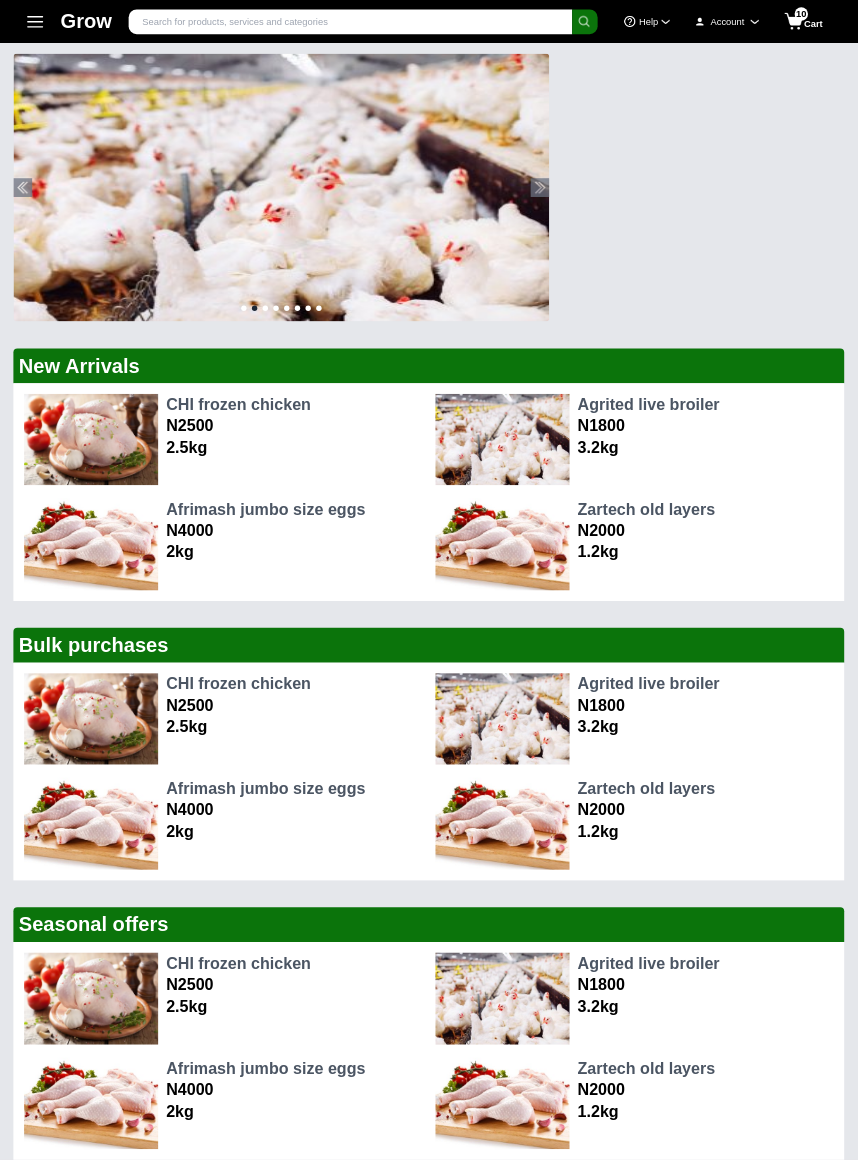
Repository: IssaMuiz/ifarmstock
Page: /
An editor plug-in stored every save of this project. The page is shown before and after the next save, followed by the edit.
The browser window is 1280 px wide. The pictures show the whole page, at 67% of full size.
The project was rebuilt for these pictures with package versions that can differ from the ones it lists, and the page was loaded fresh each time. The framework's server and built-in components were replaced by stand-ins that run in the browser. Also part of the build but not shown: next.config.mjs.

Above is the page before, as saved 2024-08-31 05:27:11.

### app/layout.tsx
import "@/styles/globals.css";

export const metadata = {
  title: "Grow",
  description: "Livestock farming e-commerce application",
};

export default function RootLayout({
  children,
}: {
  children: React.ReactNode;
}) {
  return (
    <html lang="en">
      <body className="bg-gray-200 h-screen w-screen">
        <section>{children}</section>
      </body>
    </html>
  );
}

### app/page.tsx
"use client";

import ProductSlider from "@/components/productSlider";
import ClientLayout from "@/components/clientLayout";
import NewArrivalsCards from "@/components/newArrivalsCards";
import BulkPurchasesCards from "@/components/bulkPurchasesCards";
import SeasonalCards from "@/components/seasonalCards";

const Home = () => {
  return (
    <ClientLayout>
      <div className="pt-20 mx-5">
        <div>
          <ProductSlider />

          <div className="bgColor text w-full h-auto mt-10 text-3xl p-2 rounded-t-md font-semibold">
            New Arrivals
          </div>
          <NewArrivalsCards />
          <div className="bgColor text w-full h-auto mt-10 text-3xl p-2 rounded-t-md font-semibold">
            Bulk purchases
          </div>
          <BulkPurchasesCards />
          <div className="bgColor text w-full h-auto mt-10 text-3xl p-2 rounded-t-md font-semibold">
            Seasonal offers
          </div>
          <SeasonalCards />
        </div>
      </div>
    </ClientLayout>
  );
};

export default Home;

### styles/globals.css
@tailwind base;
@tailwind components;
@tailwind utilities;

.scrollbar {
  scrollbar-width: thin;
  scrollbar-color: gray #313131;
}

.bgColor {
  background-color: rgb(11, 116, 11);
}

.text {
  color: white;
}

body {
  font-family: Arial, Helvetica, sans-serif;
  font-size: 14px;
}

### components/productSlider.tsx
"use client";
import Image from "next/image";
import { useEffect, useState } from "react";

const ProductSlider = () => {
  const images = [
    "/assets/images/poultry-image1-slider.jpg",
    "/assets/images/poultry-image2-slider.jpg",
    "/assets/images/poultry-image3-slider.jpg",
    "/assets/images/poultry-image4-slider.jpg",
    "/assets/images/poultry-image5-slider.jpg",
    "/assets/images/poultry-image6-slider.jpg",
    "/assets/images/poultry-image7-slider.jpg",
    "/assets/images/catfish-image1-slider.jpg",
  ];

  const [index, setIndex] = useState(0);

  const handleSliceNext = () => {
    setIndex((index + 1) % images.length);
  };
  const handleSlicePrev = () => {
    setIndex((index - 1) % images.length);
  };

  const handleIndicatorClick = (i: number) => {
    setIndex(i);
  };

  useEffect(() => {
    const intervalId = setInterval(() => {
      handleSliceNext();
    }, 5000);
    return () => clearInterval(intervalId);
  }, [index]);
  return (
    <div className="relative w-[800px] overflow-hidden">
      <div
        className="flex transition-transform duration-500 ease-in-out"
        style={{ transform: `translateX(-${index * 100}%)` }}
      >
        {images.map((image, i) => (
          <div key={i} className="min-w-full">
            <Image
              className="h-[400px] rounded-md"
              src={image}
              alt={`Slide ${i + 1}`}
              width={800}
              height={200}
            />
          </div>
        ))}
      </div>
      <button
        type="button"
        onClick={handleSlicePrev}
        className="absolute left-0 top-1/2 tranform -translate-y-1/2 bg-gray-500 text-white px-1 py-1 opacity-75 hover:opacity-100 transition-opacity"
      >
        <Image
          className=""
          src="/assets/icons/arrow-left.png"
          alt="arrow-right-icon"
          width={20}
          height={20}
        />
      </button>
      <button
        type="button"
        onClick={handleSliceNext}
        className="absolute right-0 top-1/2 tranform -translate-y-1/2 bg-gray-500 text-white px-1 py-1 opacity-75 hover:opacity-100 transition-opacity"
      >
        <Image
          className=""
          src="/assets/icons/right-arrow.png"
          alt="arrow-right-icon"
          width={20}
          height={20}
        />
      </button>
      <div className="absolute bottom-4 left-0 right-0 flex justify-center space-x-2">
        {images.map((_, i) => (
          <button
            key={i}
            onClick={() => handleIndicatorClick(i)}
            className={`w-2 h-2 rounded-full ${
              index === i ? "bg-gray-800" : "bg-white"
            }`}
          />
        ))}
      </div>
    </div>
  );
};

export default ProductSlider;

### components/clientLayout.tsx
"use client";
import Navbar from "@/components/navbar";
import Sidenav from "@/components/sidenav";
import { useState, createContext } from "react";

export const SidebarContext = createContext({
  isOpen: false,
  toggleSidebar: () => {},
});

const ClientLayout = ({ children }: { children: React.ReactNode }) => {
  const [isOpen, setIsOpen] = useState(false);

  const toggleSidebar = () => {
    setIsOpen((prev) => !prev);
  };
  return (
    <SidebarContext.Provider value={{ isOpen, toggleSidebar }}>
      <Navbar />
      <Sidenav />
      <div
        className={`fixed inset-0 bg-black transition-opacity duration-300 ease-in-out z-10 ${
          isOpen
            ? "opacity-70 pointer-events-auto"
            : "opacity-0 pointer-events-none"
        }`}
        onClick={toggleSidebar}
      ></div>
      <section
        className={`relative z-0 transition-all duration-300 ease-in-out `}
      >
        {children}
      </section>
    </SidebarContext.Provider>
  );
};

export default ClientLayout;

### components/newArrivalsCards.tsx
import Image from "next/image";
import poultryProduct from "../models/newArrivalsCards.json";
const NewArrivalsCards = () => {
  return (
    <div className="bg-white h-auto p-4">
      <div className="grid grid-cols-2 gap-5">
        {poultryProduct.map((product, index) => (
          <div key={index} className="flex gap-3">
            <Image src={product.image} alt="poultry" width={200} height={200} />
            <div className="text-2xl font-semibold">
              <p className="text-gray-600">{product.name}</p>
              <p>N{product.Price}</p>
              <p>{product.weight}</p>
            </div>
          </div>
        ))}
      </div>
    </div>
  );
};

export default NewArrivalsCards;

### components/bulkPurchasesCards.tsx
import Image from "next/image";
import bulkPurchasesCards from "@/models/bulkPurchasesCards.json";
const BulkPurchasesCard = () => {
  return (
    <div className="bg-white h-auto p-4">
      <div className="grid grid-cols-2 gap-5">
        {bulkPurchasesCards.map((product, index) => (
          <div key={index} className="flex gap-3">
            <Image src={product.image} alt="poultry" width={200} height={200} />
            <div className="text-2xl font-semibold">
              <p className="text-gray-600">{product.name}</p>
              <p>N{product.Price}</p>
              <p>{product.weight}</p>
            </div>
          </div>
        ))}
      </div>
    </div>
  );
};

export default BulkPurchasesCard;

### components/seasonalCards.tsx
import Image from "next/image";
import seasonalCards from "@/models/seasonalCards.json";
const SeasonalCards = () => {
  return (
    <div className="bg-white h-auto p-4">
      <div className="grid grid-cols-2 gap-5">
        {seasonalCards.map((product, index) => (
          <div key={index} className="flex gap-3">
            <Image src={product.image} alt="poultry" width={200} height={200} />
            <div className="text-2xl font-semibold">
              <p className="text-gray-600">{product.name}</p>
              <p>N{product.Price}</p>
              <p>{product.weight}</p>
            </div>
          </div>
        ))}
      </div>
    </div>
  );
};

export default SeasonalCards;

### components/navbar.tsx
"use client";
import Image from "next/image";
import { useContext } from "react";
import { SidebarContext } from "./clientLayout";
const Navbar = () => {
  const { toggleSidebar } = useContext(SidebarContext);
  return (
    <nav className="fixed bg-black text w-full h-16 flex items-center justify-between top-0 left-0 right-0 px-10 z-10">
      <button onClick={toggleSidebar}>
        <svg
          className="fill-white hover:fill-[green] cursor-pointer"
          xmlns="http://www.w3.org/2000/svg"
          viewBox="0 0 50 50"
          width="25px"
          height="25px"
        >
          <path d="M 3 8 A 2.0002 2.0002 0 1 0 3 12 L 47 12 A 2.0002 2.0002 0 1 0 47 8 L 3 8 z M 3 23 A 2.0002 2.0002 0 1 0 3 27 L 47 27 A 2.0002 2.0002 0 1 0 47 23 L 3 23 z M 3 38 A 2.0002 2.0002 0 1 0 3 42 L 47 42 A 2.0002 2.0002 0 1 0 47 38 L 3 38 z" />
        </svg>
      </button>
      <div className="Leftnav text text-3xl font-semibold cursor-pointer ml-5">
        Grow
      </div>
      <div className="Middlenav flex flex-1 mx-5 max-w-[700px] items-center">
        <input
          className=" px-5 py-2 w-full rounded-l-xl text-black outline-none"
          type="text"
          placeholder="Search for products, services and categories"
        />
        <div className="h-[37px] w-10 bgColor pt-2 pl-2 rounded-r-xl cursor-pointer">
          <Image
            className=""
            src="/assets/icons/search.png"
            alt="search-icon"
            width={20}
            height={20}
          />
        </div>
      </div>
      <div className="Rightnav flex items-center justify-between gap-3">
        <div className="flex items-center gap-1 cursor-pointer rounded-md p-3 hover:bg-[green]">
          <Image
            src="/assets/icons/help.png"
            alt="help-icon"
            width={20}
            height={20}
          />
          <p className="">Help</p>
          <Image
            src="/assets/icons/arrow-down.png"
            alt="help-icon"
            width={15}
            height={15}
          />
        </div>
        <div className="flex items-center gap-2  cursor-pointer rounded-md p-3 hover:bg-[green]">
          <Image
            src="/assets/icons/account.png"
            alt="help-icon"
            width={15}
            height={15}
          />
          <p>Account</p>
          <Image
            src="/assets/icons/arrow-down.png"
            alt="help-icon"
            width={15}
            height={15}
          />
        </div>
        <div className="flex relative cursor-pointer p-3 hover:bg-[green] rounded-md">
          <Image
            src="/assets/icons/cart.png"
            alt="cart-icon"
            width={30}
            height={20}
          />
          <p className="bg-white h-5 w-5 rounded-full text-black absolute left-7 bottom-7 text-center font-semibold">
            10
          </p>
          <p className="font-semibold mt-2 ">Cart</p>
        </div>
      </div>
    </nav>
  );
};

export default Navbar;

### components/sidenav.tsx
"use client";
import Image from "next/image";
import Link from "next/link";
import { useState } from "react";
import { useContext } from "react";
import { SidebarContext } from "./clientLayout";
const Sidenav = () => {
  const [categories, setCategories] = useState([
    {
      id: "1",
      name: "Broiler",
      expanded: false,
      arrowIcon: "/assets/icons/arrow-icon--right.png",
      dropdownlink: [
        { name: "Day Old Chicks", link: "/" },
        { name: "Matured Broilers", link: "/" },
        { name: "Frozen Chicken", link: "/" },
      ],
    },
    {
      id: "2",
      name: "Layers",
      expanded: false,
      arrowIcon: "/assets/icons/arrow-icon--right.png",
      dropdownlink: [
        { name: "Pullet", link: "/" },
        { name: "Point Of Lay", link: "/" },
        { name: "Old Layers", link: "/" },
      ],
    },
    {
      id: "3",
      name: "Catfish",
      expanded: false,

      arrowIcon: "/assets/icons/arrow-icon--right.png",
      dropdownlink: [
        { name: "Fingerlings/Juvenile", link: "/" },
        { name: "Matured Catfish", link: "/" },
        { name: "Smoked Catfish", link: "/" },
      ],
    },
    {
      id: "4",
      name: "Poultry-Eggs",
      expanded: false,

      arrowIcon: "/assets/icons/arrow-icon--right.png",
      dropdownlink: [
        { name: "Jumbo-size", link: "/" },
        { name: "Small-size", link: "/" },
        { name: "packaged-eggs", link: "/" },
      ],
    },
  ]);

  const handleDropdown = (id: string) => {
    setCategories((prev) =>
      prev.map((category) =>
        category.id === id
          ? { ...category, expanded: !category.expanded }
          : category
      )
    );
  };

  const { isOpen } = useContext(SidebarContext);
  return (
    <nav
      className={`fixed overflow-x-hidden scrollbar h-screen overflow-scroll z-20 left-0 top-0 bottom-0 w-[300px] transform transition-transform duration-300  bg-gray-100 ${
        isOpen ? "translate-x-0" : "-translate-x-full"
      }`}
    >
      <div className="bgColor h-14 flex items-center text text-2xl pl-5 font-semibold gap-3">
        <Image
          src="/assets/icons/account.png"
          alt="profile-icon"
          height={25}
          width={25}
        />
        <p>Hello User</p>
      </div>
      <div className=" ">
        {categories.map((category) => (
          <div onClick={() => handleDropdown(category.id)} key={category.id}>
            <div className="text-lg flex justify-between items-center font-semibold hover:bg-gray-300 mt-5 p-2 cursor-pointer">
              <div>{category.name}</div>

              <Image
                className={`${
                  category.expanded &&
                  "rotate-90 duration-300 transition-transform"
                } h-4 w-4`}
                src={category.arrowIcon}
                alt="arrow-icon"
                width={3}
                height={3}
              />
            </div>

            <div>
              {category.expanded && (
                <div>
                  {category.dropdownlink.map((dropdown, index) => (
                    <div className="hover:bg-gray-300" key={index}>
                      <Link href={dropdown.link}>
                        <div className="p-3 text-md ">{dropdown.name}</div>
                      </Link>
                    </div>
                  ))}
                </div>
              )}
            </div>
          </div>
        ))}
      </div>
    </nav>
  );
};

export default Sidenav;

### models/newArrivalsCards.json
[
  {
    "image": "/assets/images/poultry-image1-slider.jpg",
    "name": "CHI frozen chicken",
    "Price": "2500",
    "weight": "2.5kg"
  },
  {
    "image": "/assets/images/poultry-image2-slider.jpg",
    "name": "Agrited live broiler",
    "Price": "1800",
    "weight": "3.2kg"
  },
  {
    "image": "/assets/images/poultry-image5-slider.jpg",
    "name": "Afrimash jumbo size eggs",
    "Price": "4000",
    "weight": "2kg"
  },
  {
    "image": "/assets/images/poultry-image5-slider.jpg",
    "name": "Zartech old layers",
    "Price": "2000",
    "weight": "1.2kg"
  }
]

### models/bulkPurchasesCards.json
[
  {
    "image": "/assets/images/poultry-image1-slider.jpg",
    "name": "CHI frozen chicken",
    "Price": "2500",
    "weight": "2.5kg"
  },
  {
    "image": "/assets/images/poultry-image2-slider.jpg",
    "name": "Agrited live broiler",
    "Price": "1800",
    "weight": "3.2kg"
  },
  {
    "image": "/assets/images/poultry-image5-slider.jpg",
    "name": "Afrimash jumbo size eggs",
    "Price": "4000",
    "weight": "2kg"
  },
  {
    "image": "/assets/images/poultry-image5-slider.jpg",
    "name": "Zartech old layers",
    "Price": "2000",
    "weight": "1.2kg"
  }
]

### models/seasonalCards.json
[
  {
    "image": "/assets/images/poultry-image1-slider.jpg",
    "name": "CHI frozen chicken",
    "Price": "2500",
    "weight": "2.5kg"
  },
  {
    "image": "/assets/images/poultry-image2-slider.jpg",
    "name": "Agrited live broiler",
    "Price": "1800",
    "weight": "3.2kg"
  },
  {
    "image": "/assets/images/poultry-image5-slider.jpg",
    "name": "Afrimash jumbo size eggs",
    "Price": "4000",
    "weight": "2kg"
  },
  {
    "image": "/assets/images/poultry-image5-slider.jpg",
    "name": "Zartech old layers",
    "Price": "2000",
    "weight": "1.2kg"
  }
]

Loaded but not shown: tailwind.config.ts (common file)

After the next save:
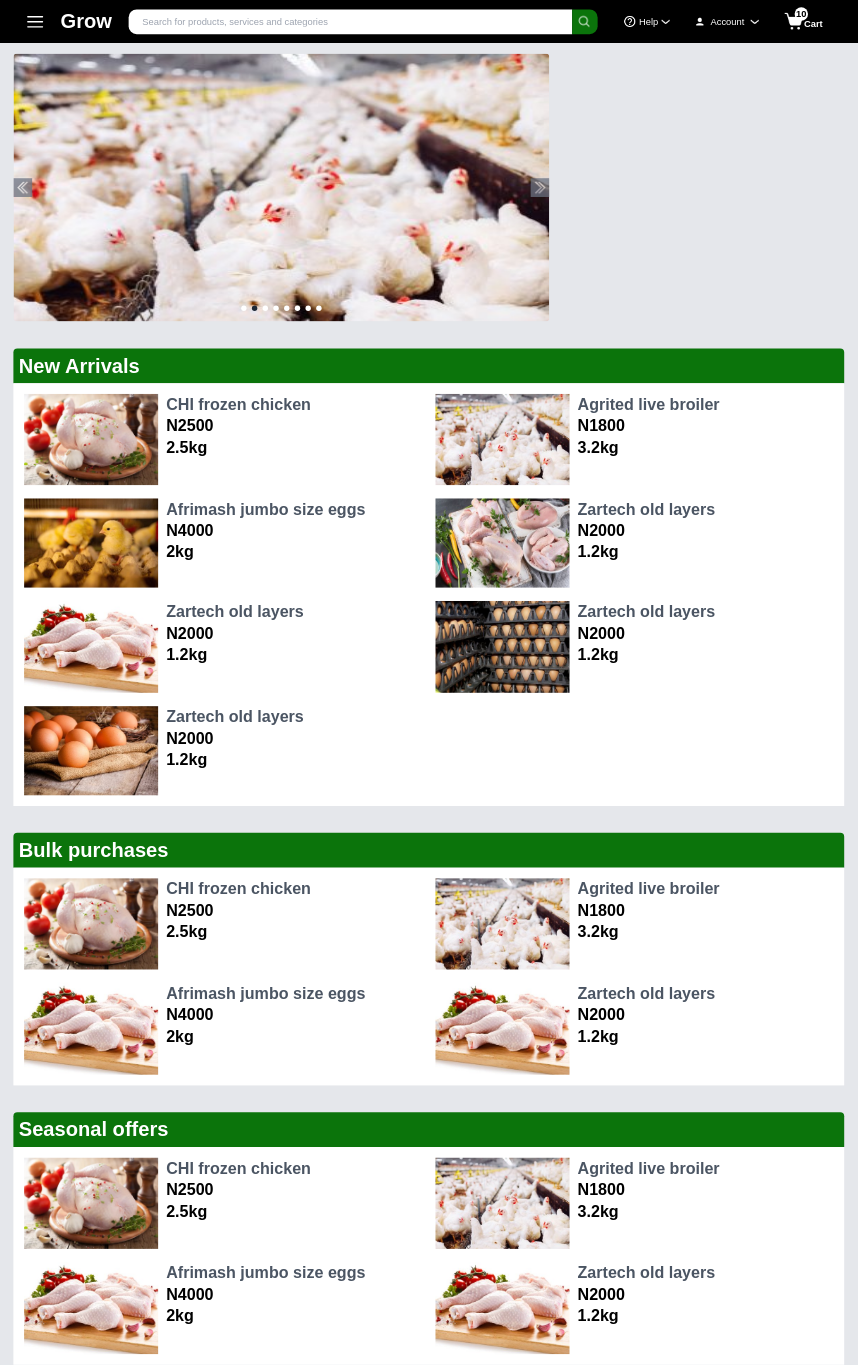
Saved 7 min 34 s later.
--- a/models/newArrivalsCards.json
+++ b/models/newArrivalsCards.json
@@ -12,15 +12,33 @@
     "weight": "3.2kg"
   },
   {
-    "image": "/assets/images/poultry-image5-slider.jpg",
+    "image": "/assets/images/poultry-image3-slider.jpg",
     "name": "Afrimash jumbo size eggs",
     "Price": "4000",
     "weight": "2kg"
+  },
+  {
+    "image": "/assets/images/poultry-image4-slider.jpg",
+    "name": "Zartech old layers",
+    "Price": "2000",
+    "weight": "1.2kg"
   },
   {
     "image": "/assets/images/poultry-image5-slider.jpg",
     "name": "Zartech old layers",
     "Price": "2000",
     "weight": "1.2kg"
+  },
+  {
+    "image": "/assets/images/poultry-image7-slider.jpg",
+    "name": "Zartech old layers",
+    "Price": "2000",
+    "weight": "1.2kg"
+  },
+  {
+    "image": "/assets/images/poultry-image6-slider.jpg",
+    "name": "Zartech old layers",
+    "Price": "2000",
+    "weight": "1.2kg"
   }
 ]
